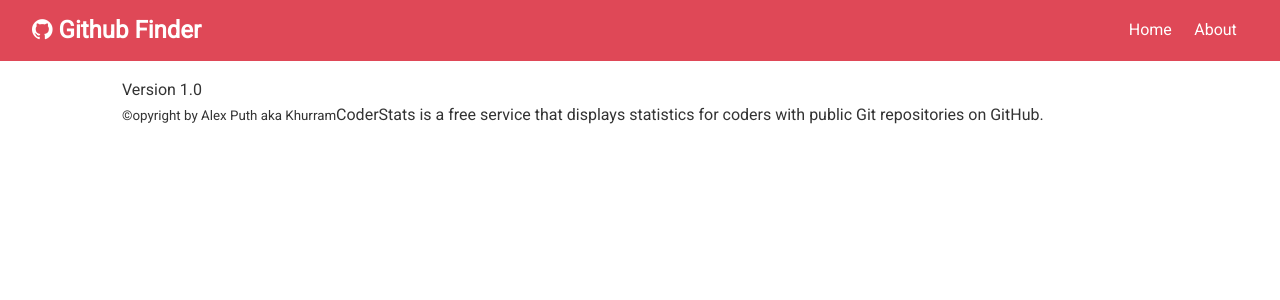
Repository: Abbaskhurram255/github-finder
Page: /about
An editor plug-in stored every save of this project. The page is shown before and after the next save, followed by the edit.
The browser window is 1280 px wide. The pictures show the whole page.
The page's requests for data from a server got no answer. The project was rebuilt for these pictures with package versions that can differ from the ones it lists, and the page was loaded fresh each time. No one was signed in, and anything a server would have sent is missing. Also part of the build but not shown: src/components/repos/RepoItem.js, src/components/repos/Repos.js, src/components/users/User.js, src/components/layout/Alert.js, src/components/users/Search.js, src/components/users/UserItem.js, src/components/users/Users.js, src/components/pages/Home.js and 1 more. Imported but missing from the stored project, and not drawn on this page: src/components/layout/Spinner.

Above is the page before, as saved 2020-12-19 22:06:06.

After the next save:
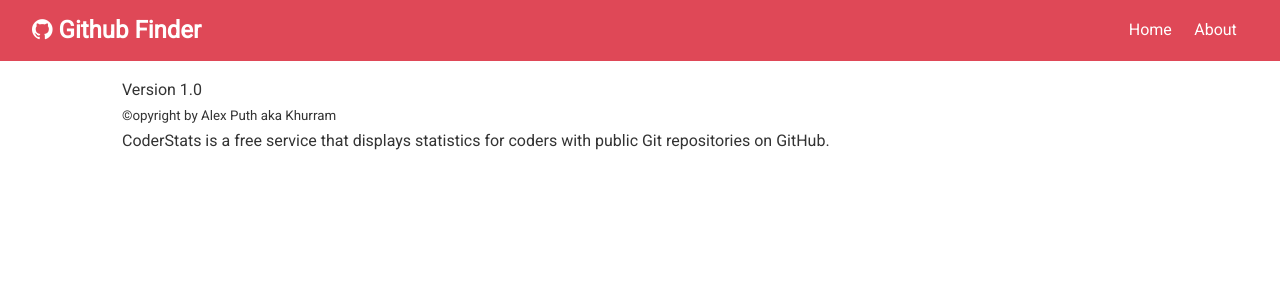
Saved 20 s later.
--- a/src/components/pages/About.js
+++ b/src/components/pages/About.js
@@ -4,7 +4,7 @@
   return (
     <Fragment>
       <p>Version 1.0</p>
-      <small id='ab'>&copy;opyright by Alex Puth aka Khurram</small>
+      <small id='ab'>&copy;opyright by Alex Puth aka Khurram</small><br />
       CoderStats is a free service that displays statistics for coders with public Git repositories on GitHub.
     </Fragment>
   );
